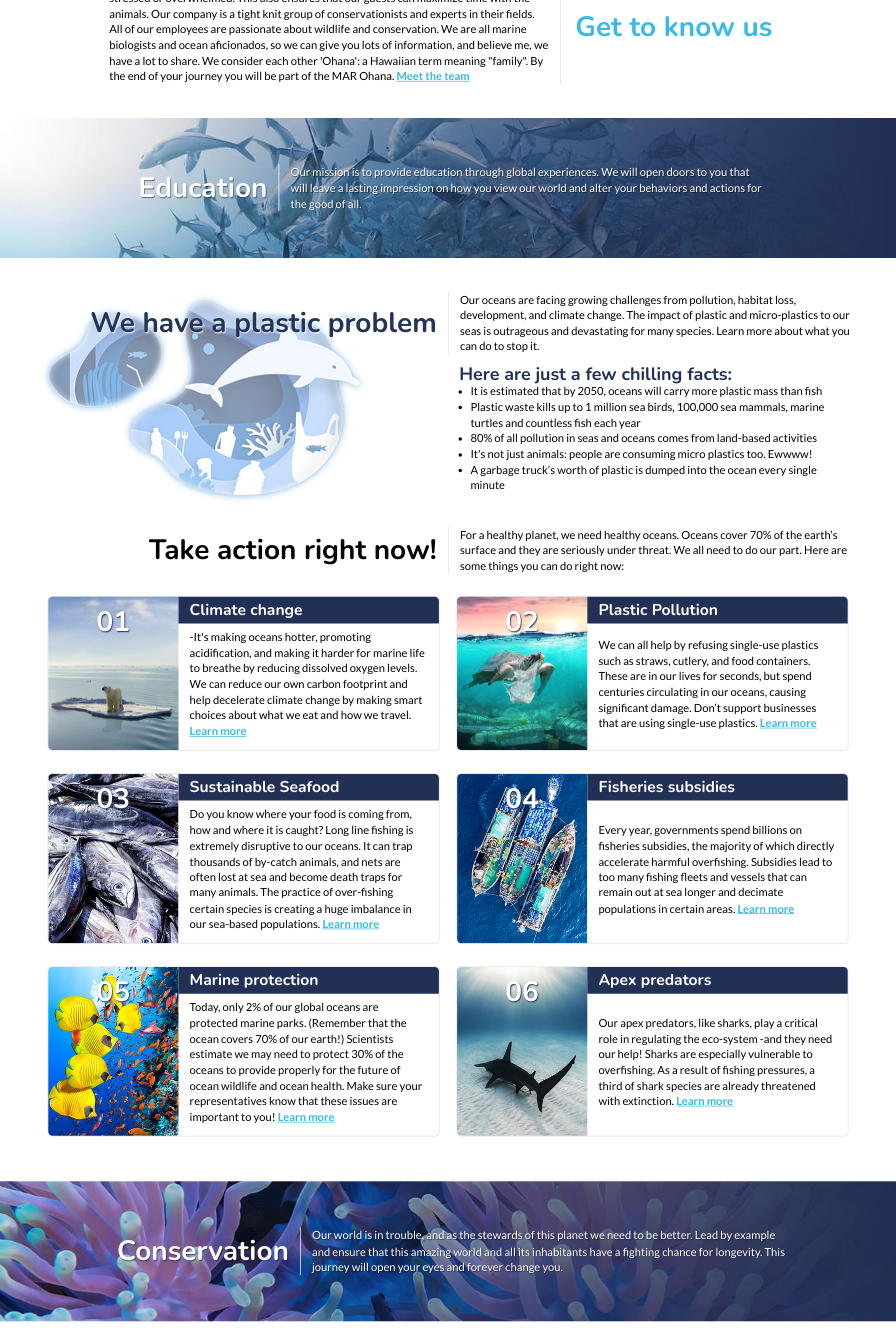
Repository: mariocapitbrok/css-combining-grid-and-flexbox-ch04
Page: 04_12/04_12_start.html
The author's editor kept a copy of each file at every save. The page is drawn from the files as they stood at one save, then again after the next save.
The browser window is 1280 px wide. The pictures show the part of the page from y = 2331 to 4251 px (the page is 4251 px tall), at 70% of full size.

Above is the page before, as saved 2022-10-10 20:55:28.

After the next save:
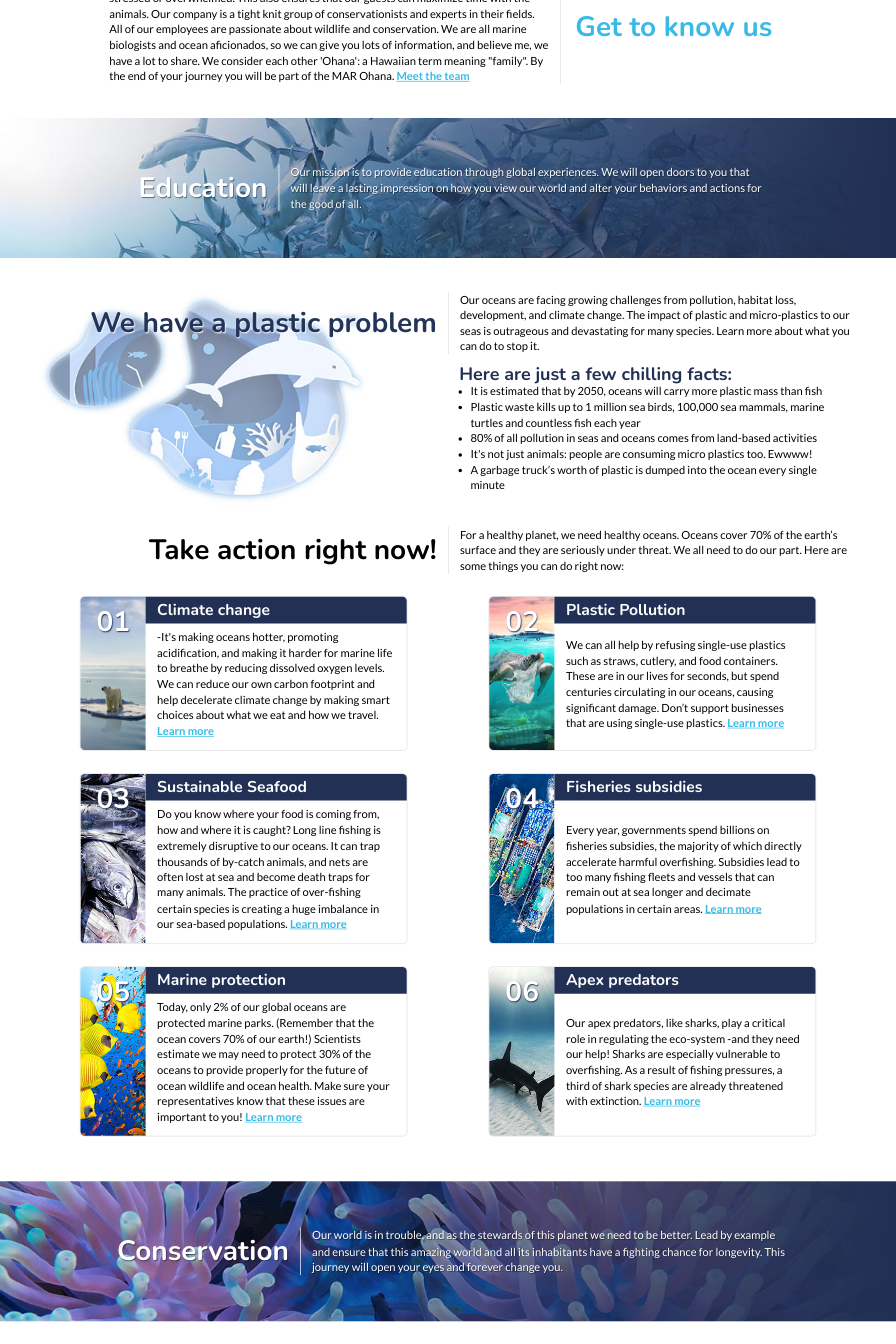
Saved 54 s later.
--- a/04_12/styles/base.css
+++ b/04_12/styles/base.css
@@ -760,8 +760,7 @@ section.problem {
   }
 
   .action ul li {
-    flex-basis: 48%;
-    grid-template-columns: 2fr 4fr;
+    flex-basis: 40%;
   }
 
 }
